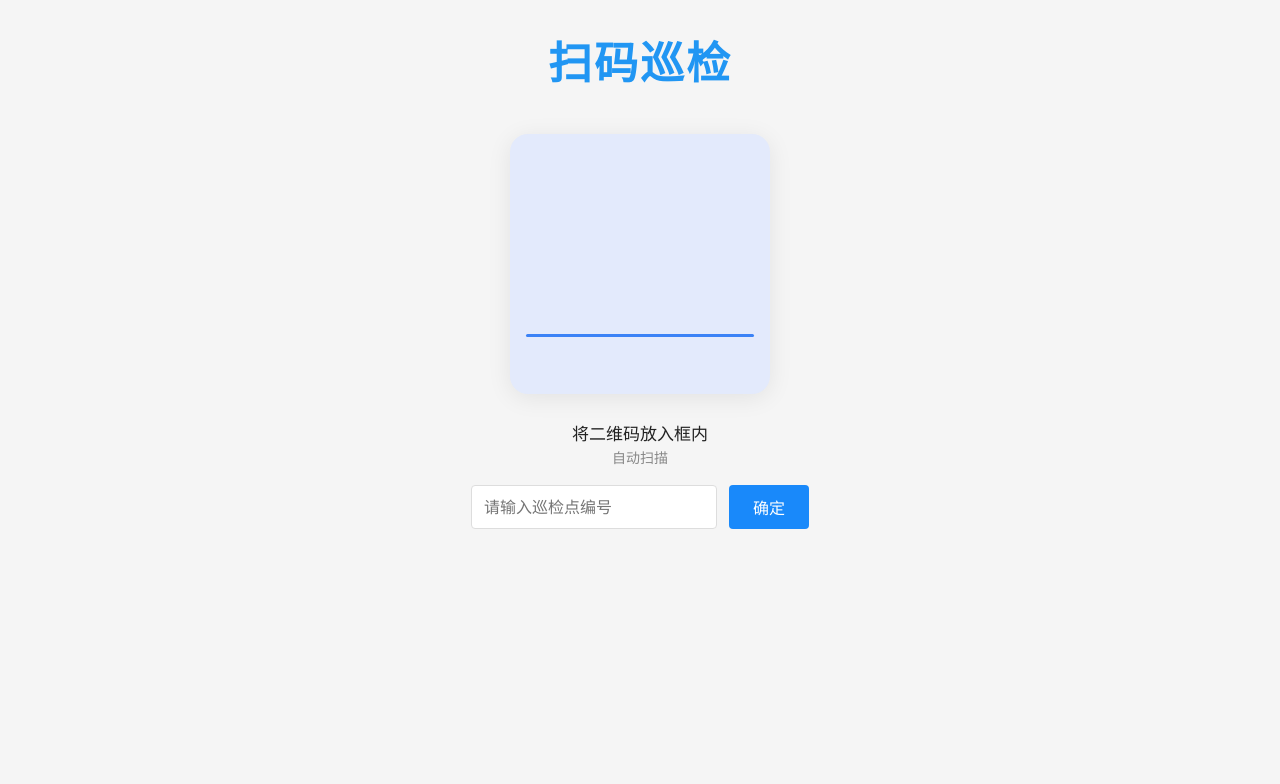
Repository: andyzheung/check-app
Page: /scan (app in App/web/)
An editor plug-in stored every save of this project. The page is shown before and after the next save, followed by the edit.
The browser window is 1280 px wide. The pictures show the whole page.
Some web fonts or font styles are not loaded; a fallback is used. The project was rebuilt for these pictures with package versions that can differ from the ones it lists, and the page was loaded fresh each time. Also part of the build but not shown: App/web/vite.config.js, App/web/src/api/record.js, App/web/src/views/RecordEdit.vue, App/web/src/views/InspectionForm.vue.

Above is the page before, as saved 2025-05-23 00:59:58.

After the next save:
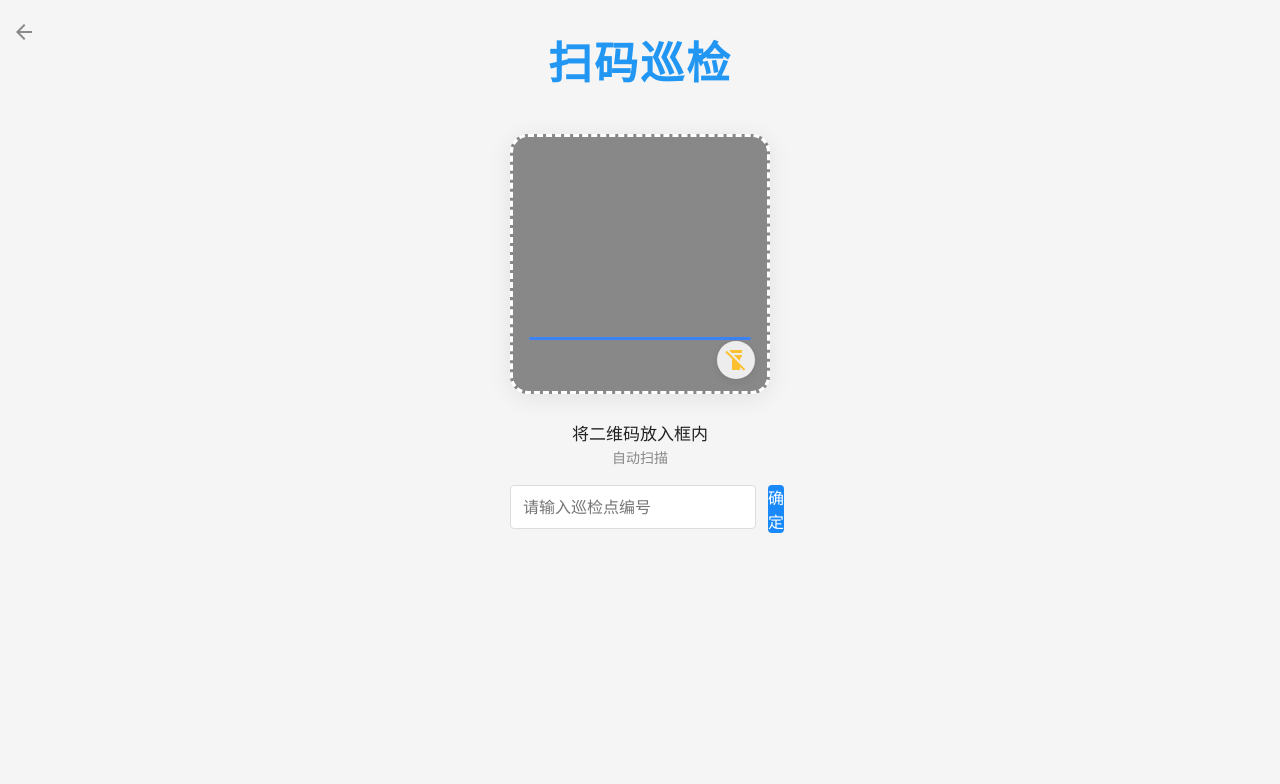
Saved 9 min 16 s later.
--- a/App/web/src/views/Scan.vue
+++ b/App/web/src/views/Scan.vue
@@ -1,11 +1,19 @@
 <template>
   <div class="scan-container">
+    <!-- 返回按钮 -->
+    <button class="back-btn" @click="router.back()">
+      <span class="material-icons">arrow_back</span>
+    </button>
     <div class="scan-header">
       <h1>扫码巡检</h1>
     </div>
     <div class="scan-body">
       <div class="scan-frame">
         <div class="scan-line"></div>
+        <!-- 手电筒按钮 -->
+        <button class="torch-btn" @click="toggleTorch">
+          <span class="material-icons">{{ torchOn ? 'flashlight_on' : 'flashlight_off' }}</span>
+        </button>
       </div>
       <div class="scan-tip">
         <div class="tip-main">将二维码放入框内</div>
@@ -25,6 +33,7 @@ import { useRouter } from 'vue-router'
 
 const router = useRouter()
 const code = ref('')
+const torchOn = ref(false)
 
 function handleCode() {
   if (!code.value) {
@@ -36,12 +45,30 @@ function handleCode() {
     query: { code: code.value }
   })
 }
+
+function toggleTorch() {
+  torchOn.value = !torchOn.value
+  // 这里只做UI切换，实际扫码功能可后续对接
+}
 </script>
 
 <style scoped>
 .scan-container {
   min-height: 100vh;
   background: #f5f5f5;
+  position: relative;
+}
+
+.back-btn {
+  position: absolute;
+  top: 18px;
+  left: 12px;
+  background: none;
+  border: none;
+  color: #888;
+  font-size: 28px;
+  z-index: 10;
+  cursor: pointer;
 }
 
 .scan-header {
@@ -63,7 +90,7 @@ function handleCode() {
 .scan-frame {
   width: 260px;
   height: 260px;
-  background: #e3eafc;
+  background: #888;
   border-radius: 18px;
   margin-bottom: 18px;
   position: relative;
@@ -71,6 +98,7 @@ function handleCode() {
   display: flex;
   align-items: center;
   justify-content: center;
+  border: 3px dashed #fff;
 }
 
 .scan-line {
@@ -88,6 +116,24 @@ function handleCode() {
   0% { top: 60px; }
   50% { top: 200px; }
   100% { top: 60px; }
+}
+
+.torch-btn {
+  position: absolute;
+  right: 12px;
+  bottom: 12px;
+  background: rgba(255,255,255,0.85);
+  border: none;
+  border-radius: 50%;
+  width: 38px;
+  height: 38px;
+  display: flex;
+  align-items: center;
+  justify-content: center;
+  color: #fbc02d;
+  font-size: 26px;
+  box-shadow: 0 2px 8px rgba(0,0,0,0.08);
+  cursor: pointer;
 }
 
 .scan-tip {
@@ -110,6 +156,7 @@ function handleCode() {
   display: flex;
   gap: 12px;
   margin-top: 18px;
+  width: 260px;
 }
 
 .input-group input {
@@ -119,6 +166,7 @@ function handleCode() {
   border: 1px solid #ddd;
   border-radius: 4px;
   font-size: 16px;
+  background: #fff;
 }
 
 .input-group button {
@@ -128,5 +176,10 @@ function handleCode() {
   border: none;
   border-radius: 4px;
   font-size: 16px;
+  cursor: pointer;
+}
+
+.input-group button:active {
+  background: #1976d2;
 }
 </style>
